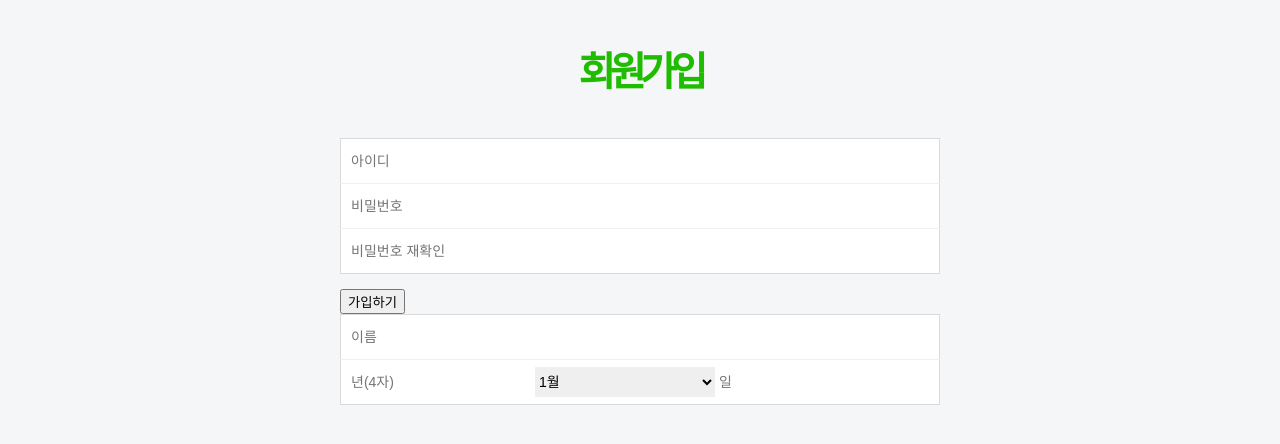
Repository: kimnafla11/webBack-end
Page: 1106/WebContent/login/signInForm.html
An editor plug-in stored every save of this project. The page is shown before and after the next save, followed by the edit.
The browser window is 1280 px wide. The pictures show the whole page.

Above is the page before, as saved 2019-11-06 03:21:47.

After the next save:
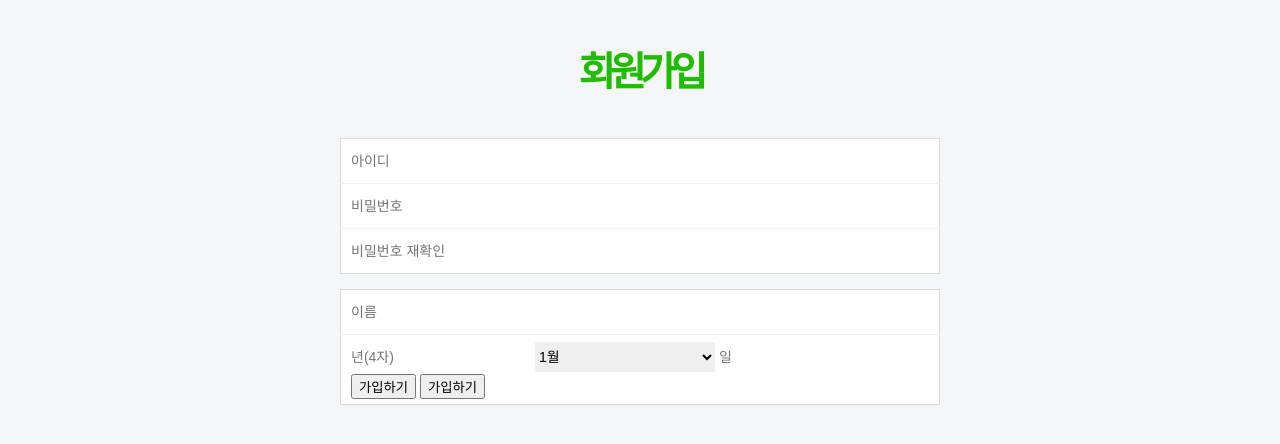
Saved 13 s later.
--- a/1106/WebContent/login/signInForm.html
+++ b/1106/WebContent/login/signInForm.html
@@ -148,10 +148,11 @@
 						<span>
 							<input type="text" id="birth_day" class="input-text birth" placeholder="일" maxlength="2" onfocusout="validateBirth()">
 						</span>
-						<div id="birth_alert" class="alert">태어난 년도 4자리를 정확하게 입력하세요.</div>
-					</td>
-				</tr>
-							<input type = "submit" value = "가입하기">
+						<div id="birth_alert" class="alert">태어난 년도 4자리를 정확하게 입력하세요.</div>			<input type = "submit" value = "가입하기">
+									<input type = "submit" value = "가입하기">
+
+					</td>
+				</tr>
 
 			</table>
 		</div>
